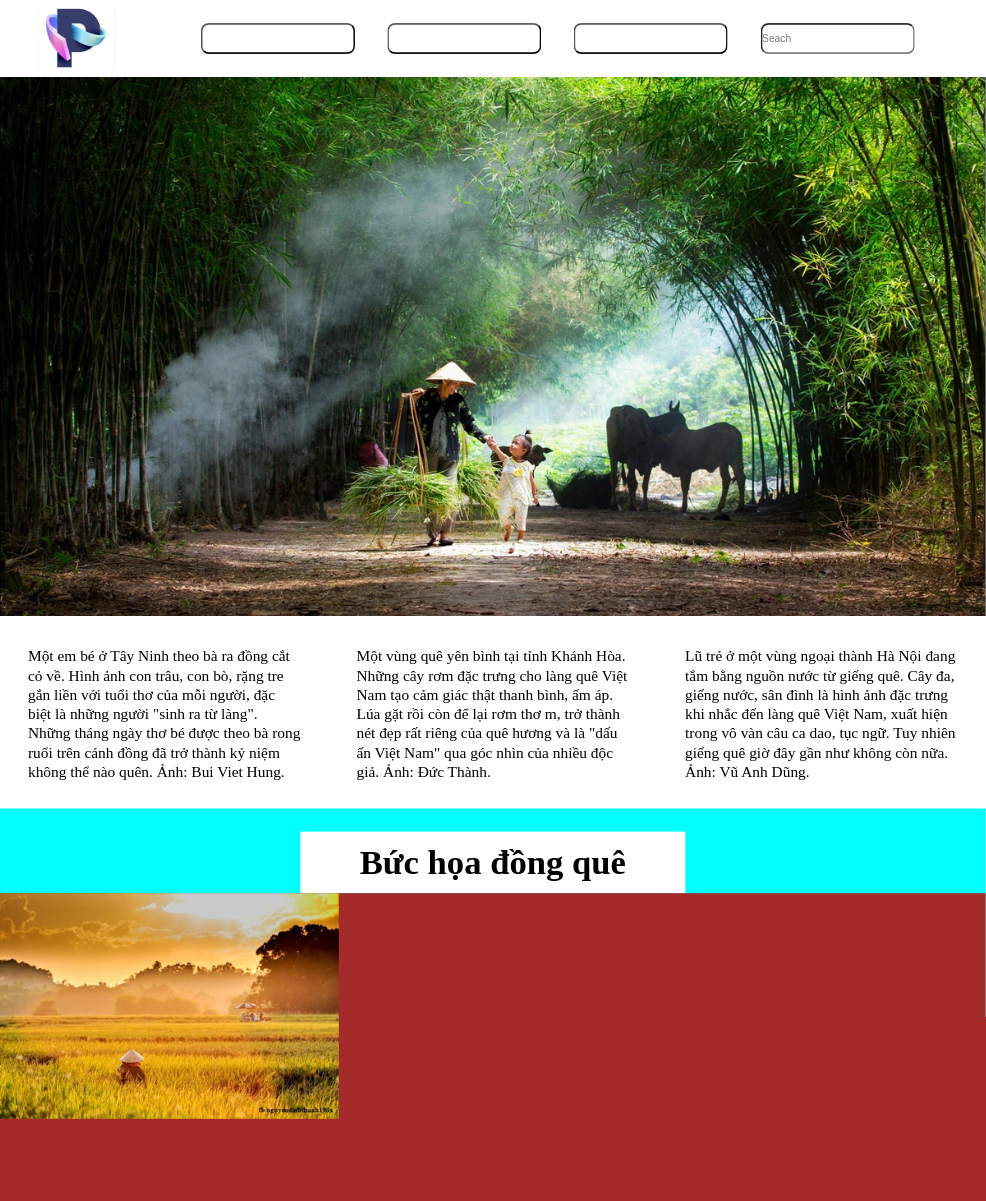
Repository: thinh909thinh/Thi
Page: index.html
An editor plug-in stored every save of this project. The page is shown before and after the next save, followed by the edit.
The browser window is 1280 px wide. The pictures show the whole page, at 77% of full size.

Above is the page before, as saved 2022-05-13 09:23:29.

After the next save:
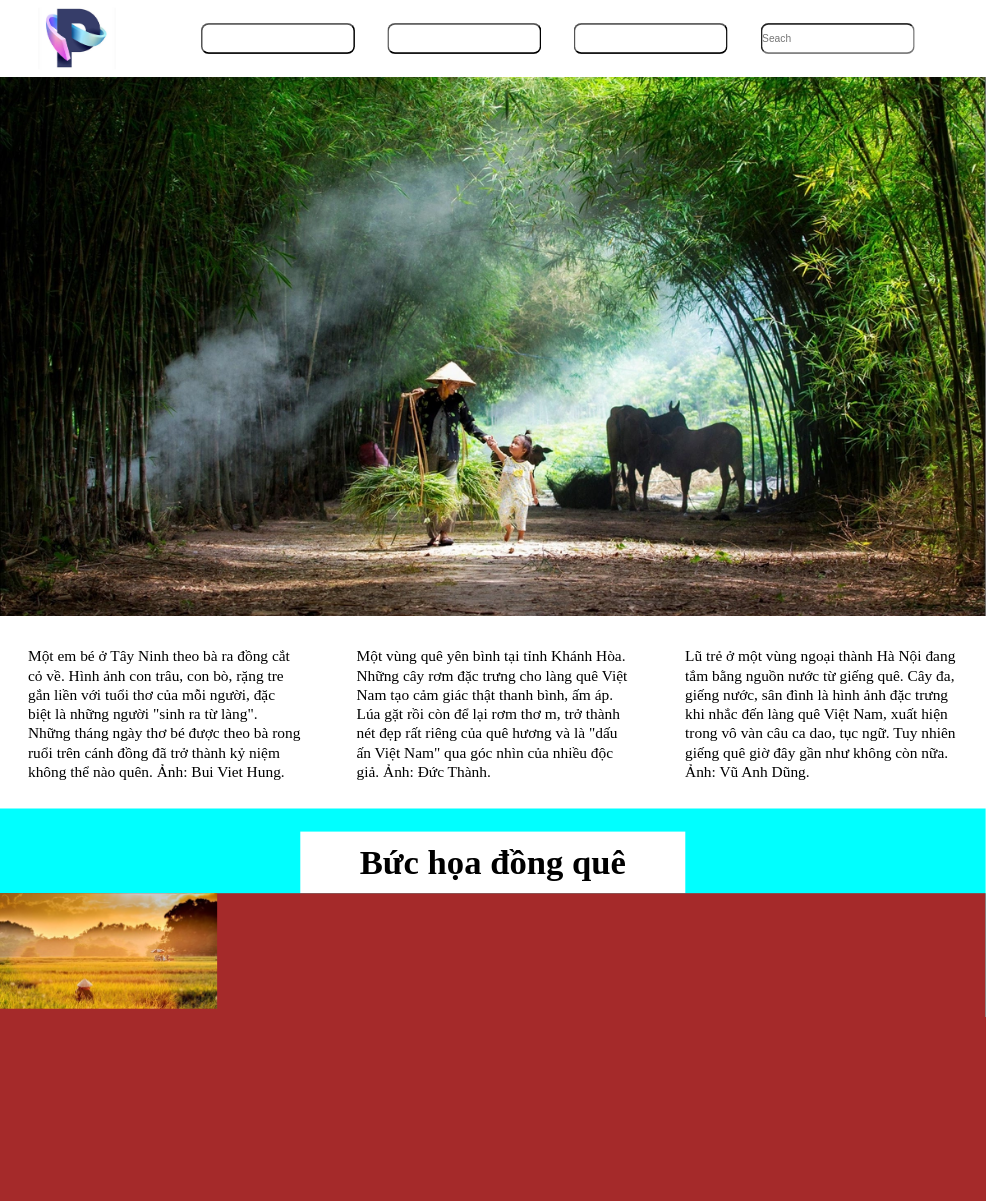
Saved 30 s later.
--- a/main.css
+++ b/main.css
@@ -96,3 +96,8 @@
     width: 100%;
     height:150px ;
 }
+.main .big_card .card .card_top img{
+    width: 100%;
+    height: 100%;
+    object-fit: cover;
+}
